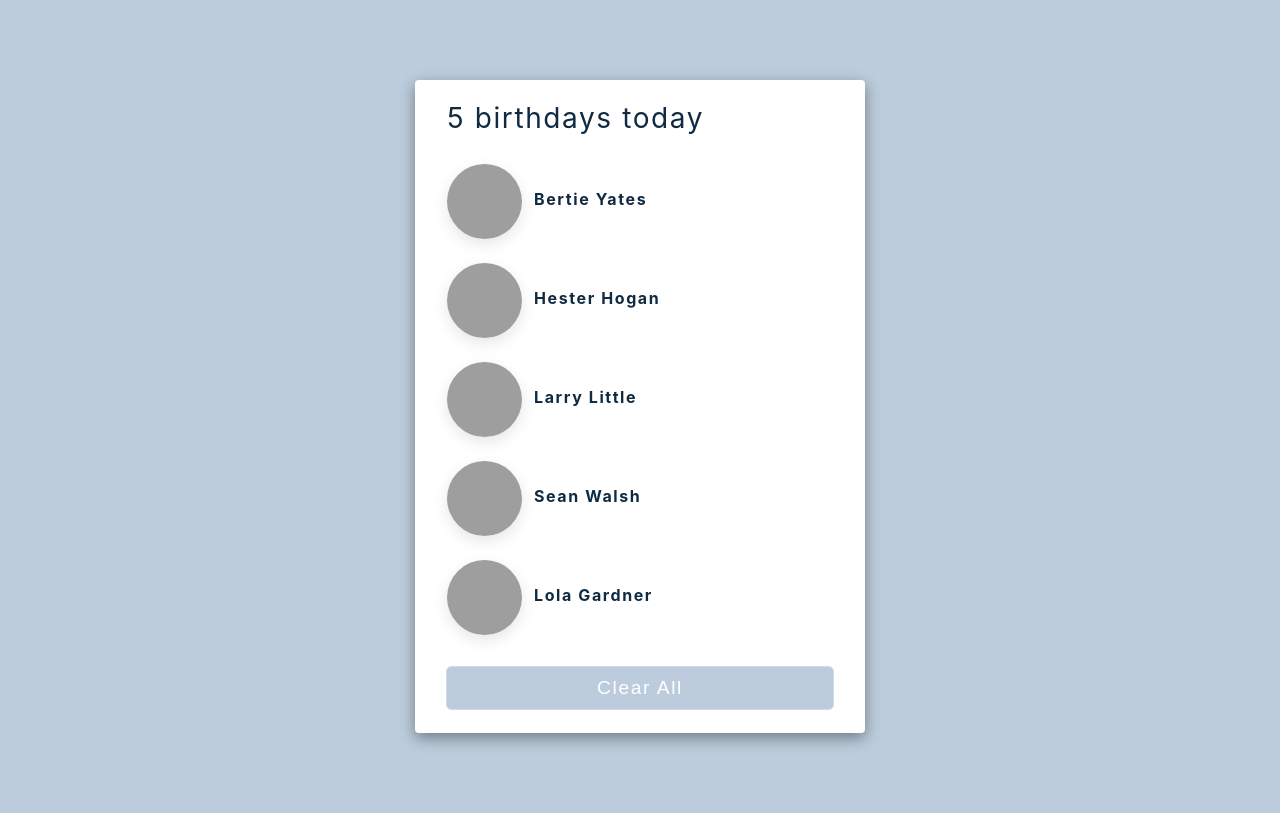
Repository: smit1298/Birthday-Reminder
Page: /
The author's editor kept a copy of each file at every save. The page is drawn from the files as they stood at one save, then again after the next save.
The browser window is 1280 px wide. The pictures show the whole page.
Pictures or frames that could not be fetched are drawn as grey boxes. The project was rebuilt for these pictures with package versions that can differ from the ones it lists, and the page was loaded fresh each time.

Above is the page before, as saved 2022-05-15 23:54:51.

After the next save:
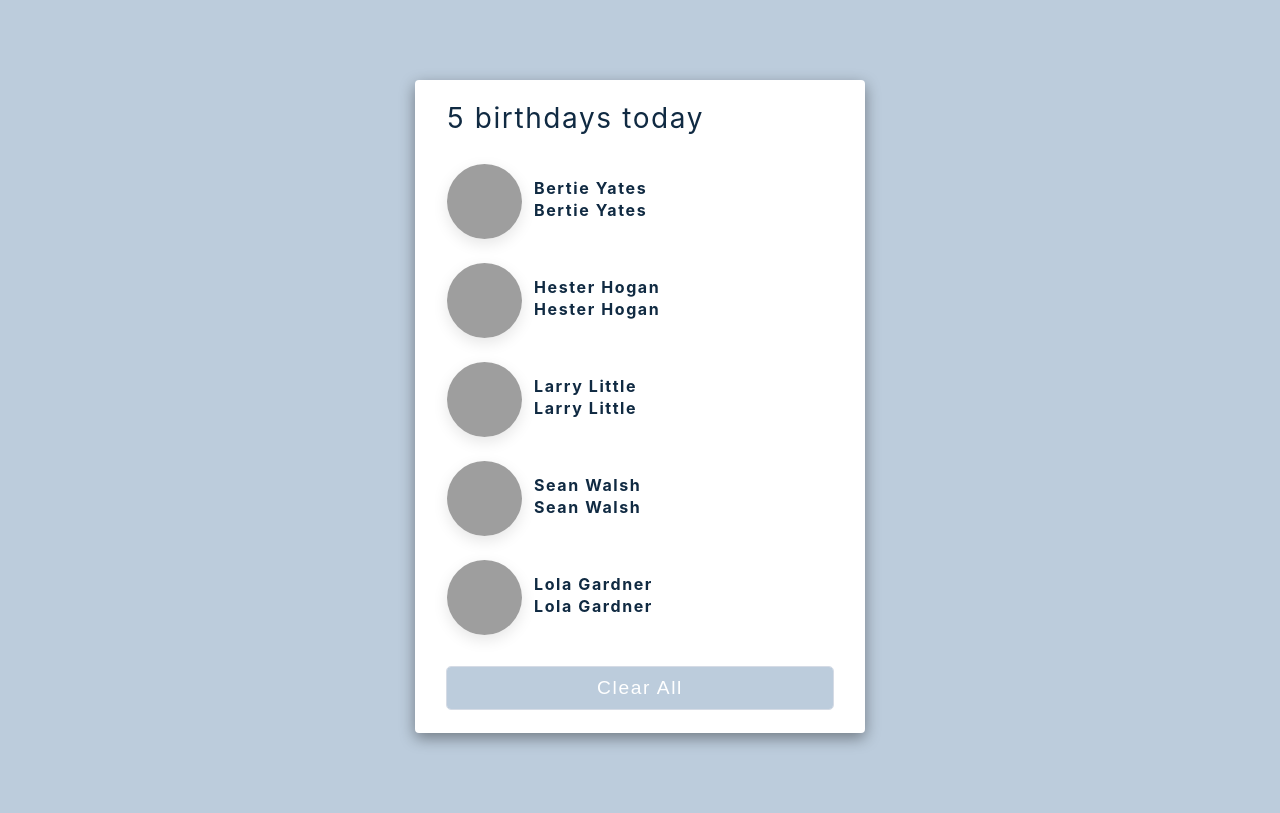
Saved 10 s later.
--- a/src/List.js
+++ b/src/List.js
@@ -9,6 +9,7 @@ const List = ({ people }) => {
           <img src={image} alt={name} />
           <div>
             <h4>{name}</h4>
+            <h4>{name}</h4>
           </div>
         </article>;
       })}
